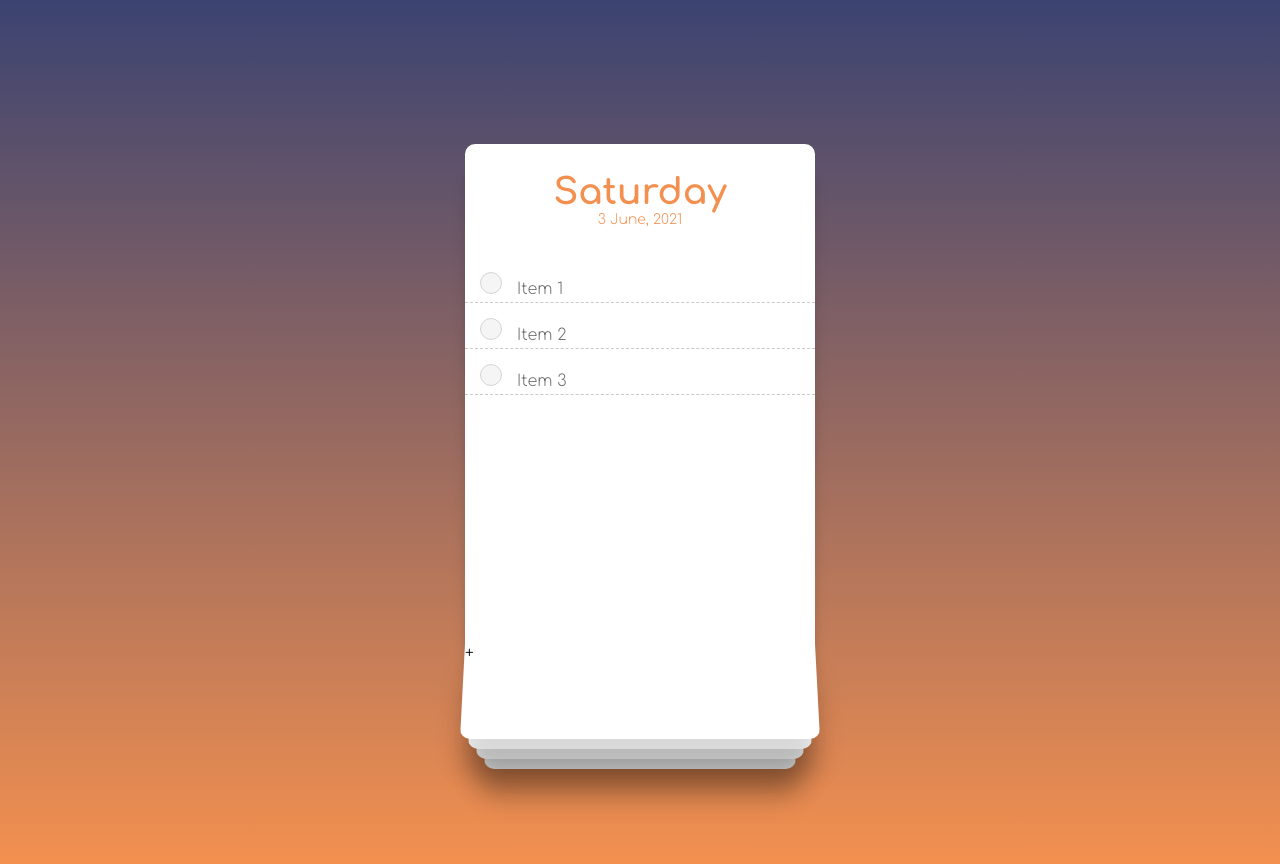
Repository: Colo-Codes/mini-projects
Page: todo-app/index.html
The author's editor kept a copy of each file at every save. The page is drawn from the files as they stood at one save, then again after the next save.
The browser window is 1280 px wide. The pictures show the whole page.

Above is the page before, as saved 2021-07-04 12:16:26.

### todo-app/index.html
<!DOCTYPE html>
<html lang="en">
    <head>
        <meta charset="UTF-8" />
        <meta http-equiv="X-UA-Compatible" content="IE=edge" />
        <meta name="viewport" content="width=device-width, initial-scale=1.0" />
        <link rel="stylesheet" href="./css/index.css" />
        <title>Mini-Project - ToDo app</title>
    </head>
    <body>
        <div class="changing-background">
            <main class="todo">
                <section id="todo--header">
                    <header>Saturday</header>
                    <p>3 June, 2021</p>
                </section>
                <section id="todo--tasks-list">
                    <ul>
                        <li class="todo--tasks-list--item">
                            <span
                                class="todo--tasks-list--item--checkbox"
                            ></span
                            >Item 1
                        </li>
                        <li class="todo--tasks-list--item">
                            <span
                                class="todo--tasks-list--item--checkbox"
                            ></span
                            >Item 2
                        </li>
                        <li class="todo--tasks-list--item">
                            <span
                                class="todo--tasks-list--item--checkbox"
                            ></span
                            >Item 3
                        </li>
                    </ul>
                </section>
            </main>
            <div id="sheet-1-3d">
                <section id="todo--footer">
                    <p>+</p>
                </section>
            </div>
            <div id="sheet-2-3d"></div>
            <div id="sheet-3-3d"></div>
            <div id="sheet-4-3d"></div>
        </div>
    </body>
</html>

### todo-app/css/index.css
@import url('https://fonts.googleapis.com/css2?family=Comfortaa:wght@300;700&display=swap');

/* SECTION Initial reset */

html {
    box-sizing: border-box;
    font-size: 16px;
}

*,
*:before,
*:after {
    box-sizing: inherit;
    margin: 0;
    padding: 0;
    /*outline: 1px dashed blue; /* Debugging purposes */
}

/* SECTION Background */

body {
    font-family: 'Comfortaa', cursive;
    background: #f3904f; /* fallback for old browsers */
    background: -webkit-linear-gradient(
        to bottom,
        #3b4371,
        #f3904f
    ); /* Chrome 10-25, Safari 5.1-6 */
    background: linear-gradient(
        to bottom,
        #3b4371,
        #f3904f
    ); /* W3C, IE 10+/ Edge, Firefox 16+, Chrome 26+, Opera 12+, Safari 7+ */
    background-repeat: no-repeat;
    background-size: cover;
    height: 100vh;
}

/* SECTION ToDo container */

.todo {
    margin: auto;
    margin-top: 20vh;
    width: 350px;
    height: 500px;
    background-color: white;
    border-radius: 10px 10px 0 0;
    box-shadow: 0px 30px 12px rgba(0, 0, 0, 0.15);
}

/* ToDo shapes and shadows */

div [id^='sheet-'] {
    margin: auto;
    border-radius: 0 0 10px 10px;
    -webkit-filter: drop-shadow(0px 30px 12px rgba(0, 0, 0, 0.15));
    filter: drop-shadow(0px 30px 12px rgba(0, 0, 0, 0.15));
    -ms-filter: "progid:DXImageTransform.Microsoft.Dropshadow(OffX=0, OffY=30, Color='#444')";
    filter: "progid:DXImageTransform.Microsoft.Dropshadow(OffX=0, OffY=30, Color='#444')";
    /* trapezoidal shape */
    border-bottom: 95px solid white;
    border-left: 5px solid transparent;
    border-right: 5px solid transparent;
}
#sheet-1-3d {
    width: 360px;
    height: 95px;
    margin: auto;
    border-radius: 0 0 10px 10px;
    position: relative;
    z-index: 1;
}
#sheet-2-3d {
    width: 344px;
    height: 95px;
    margin: auto;
    margin-top: -85px;
    border-radius: 0 0 10px 10px;
    position: relative;
    z-index: -1;
}
#sheet-3-3d {
    width: 328px;
    height: 95px;
    margin: auto;
    margin-top: -85px;
    border-radius: 0 0 10px 10px;
    position: relative;
    z-index: -2;
}
#sheet-4-3d {
    width: 312px;
    height: 95px;
    margin: auto;
    margin-top: -85px;
    border-radius: 0 0 10px 10px;
    position: relative;
    z-index: -3;
}

/* SECTION ToDo header */

#todo--header header {
    padding-top: 1.75rem;
    font-size: 2.25rem;
    font-weight: 700;
    text-align: center;
    color: #f3904f;
}

#todo--header p {
    font-size: 0.875rem;
    text-align: center;
    color: #f3904f;
}

/* SECTION ToDo list of tasks */

#todo--tasks-list {
    margin-top: 1.875rem;
}

.todo--tasks-list--item {
    font-size: 1rem;
    color: #6d6d6d;
    height: 46px;
    border-bottom: 1px dashed #c9c9c9;
    margin: auto 0;
    list-style: none;
    padding-top: 15px;
}

.todo--tasks-list--item--checkbox {
    display: inline-block;
    width: 22px;
    height: 22px;
    background-color: #f5f5f5;
    border: 1px solid #d5d5d5;
    border-radius: 50%;
    margin: auto 15px auto 15px;
}

/* SECTION Add task */
.todo--footer {
}

After the next save:
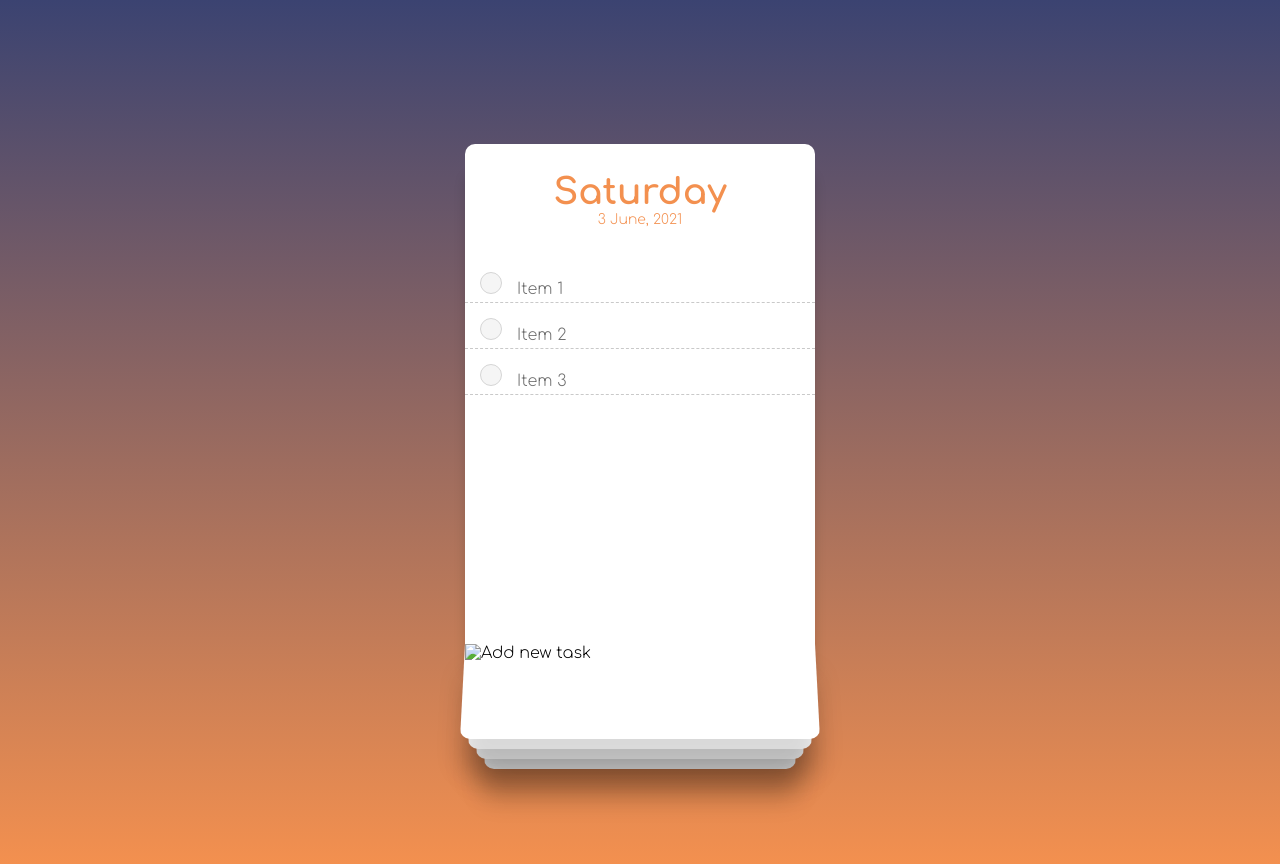
Not found: todo-app/images/plus.png
Saved 33 s later.
--- a/todo-app/index.html
+++ b/todo-app/index.html
@@ -39,7 +39,7 @@
             </main>
             <div id="sheet-1-3d">
                 <section id="todo--footer">
-                    <p>+</p>
+                    <img src="./images/plus.png" alt="Add new task" />
                 </section>
             </div>
             <div id="sheet-2-3d"></div>

After the 4 saves that followed:
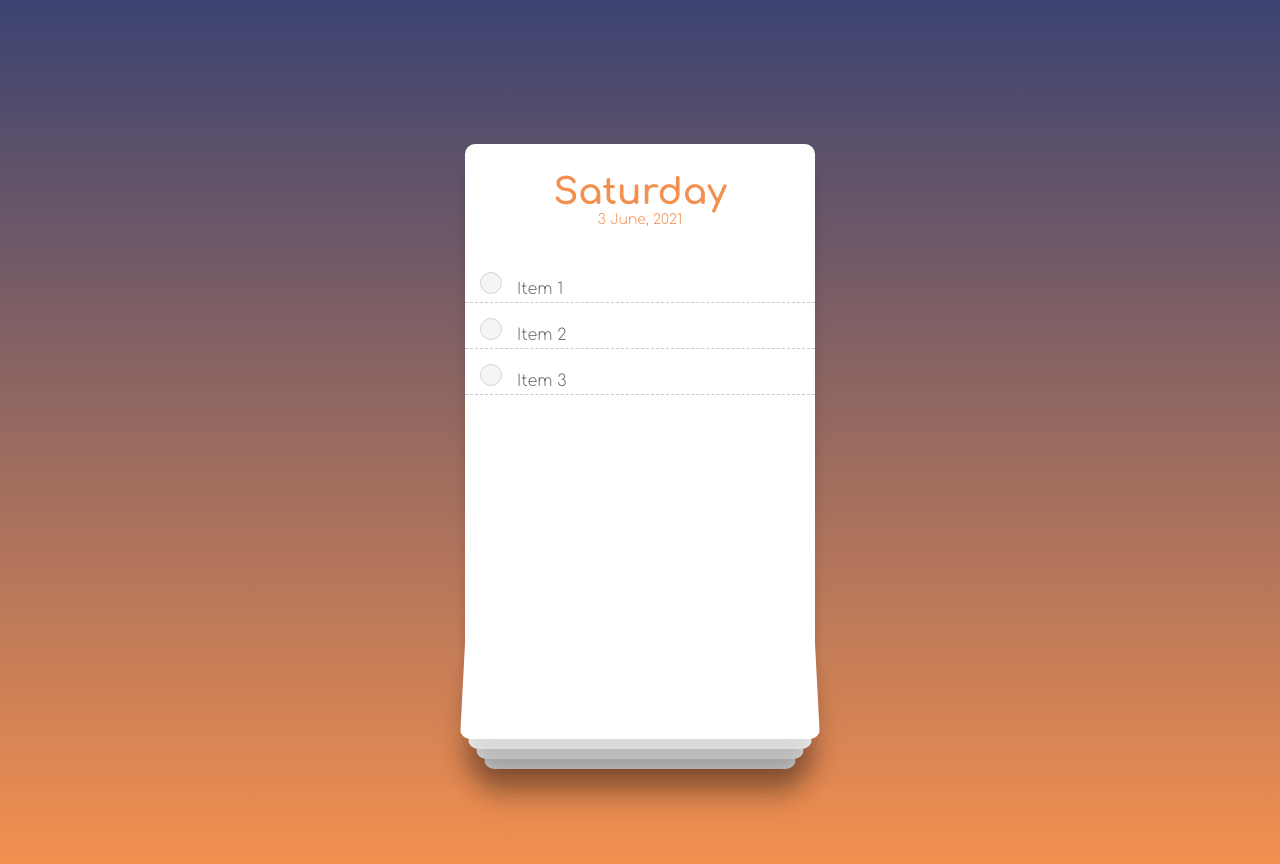
The 4 saves are shown as one change because 3 left the picture as it was.
The last was saved 3 min 50 s later.
--- a/todo-app/index.html
+++ b/todo-app/index.html
@@ -39,7 +39,7 @@
             </main>
             <div id="sheet-1-3d">
                 <section id="todo--footer">
-                    <img src="./images/plus.png" alt="Add new task" />
+                    <span></span>
                 </section>
             </div>
             <div id="sheet-2-3d"></div>
--- a/todo-app/css/index.css
+++ b/todo-app/css/index.css
@@ -142,4 +142,9 @@ div [id^='sheet-'] {
 
 /* SECTION Add task */
 .todo--footer {
+    width: 44px;
+    height: 44px;
+    background-image: url(./css/pn);
+    filter: invert(83%) sepia(32%) saturate(6122%) hue-rotate(326deg)
+        brightness(103%) contrast(91%);
 }
